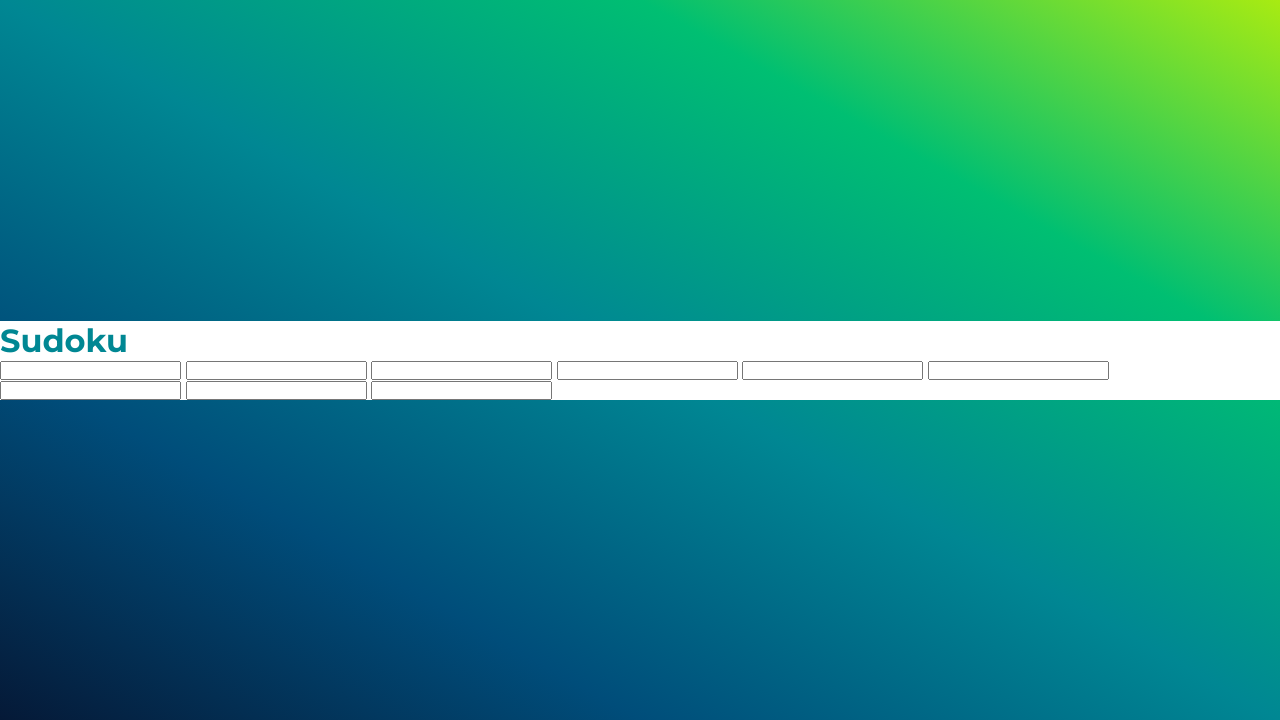
Repository: pattypetrikova/sudoku
Page: index.html
These files come from the project's save history. The page is drawn as it stood at one moment and after the next save; the edit follows.
The browser window is 1280 px wide. The pictures show the whole page.

Above is the page before, as saved 2022-12-30 10:17:37.

### index.html
<!DOCTYPE html>
<html lang="en">
<head>
    <meta charset="UTF-8">
    <meta http-equiv="X-UA-Compatible" content="IE=edge">
    <meta name="viewport" content="width=device-width, initial-scale=1.0">
    <link rel="stylesheet" href="./assets/style.css">
    <link rel="preconnect" href="https://fonts.googleapis.com">
    <link rel="preconnect" href="https://fonts.gstatic.com" crossorigin>
    <link href="https://fonts.googleapis.com/css2?family=Montserrat:ital,wght@0,700;1,400&display=swap" rel="stylesheet">
    <title>Sudoku</title>
</head>
<body>
    <main class="background">
        <div class="game">
            <div class="head">
                <h1 class="title">Sudoku</h1>
                <div class="buttons"></div>
            </div>
            <div>
                <form class="gameboard" action="">
                    <input class="number" type="text">
                    <input class="number" type="text">
                    <input class="number" type="text">
                    <input class="number" type="text">
                    <input class="number" type="text">
                    <input class="number" type="text">
                    <input class="number" type="text">
                    <input class="number" type="text">
                    <input class="number" type="text">
                </form>
            </div>
            <div class="footer">
                <div class="footer-buttons">

                </div>
            </div>
        </div>
    </main>
</body>
</html>

### assets/style.css
/* simple reset */
* {
    margin: 0;
    padding: 0;
    box-sizing: border-box;
}

/* general styles */
.game {
    font-family: 'Montserrat', sans-serif;
    color: white;
}

/* project styles */

.background {
    background-image: linear-gradient(to right top, #051937, #004d7a, #008793, #00bf72, #a8eb12);
    height: 100vh;
    display: flex;
    align-items: center;
    justify-content: center
}


.game {
    background-color: white;
}

.title {
    color: #008793;
}

After the next save:
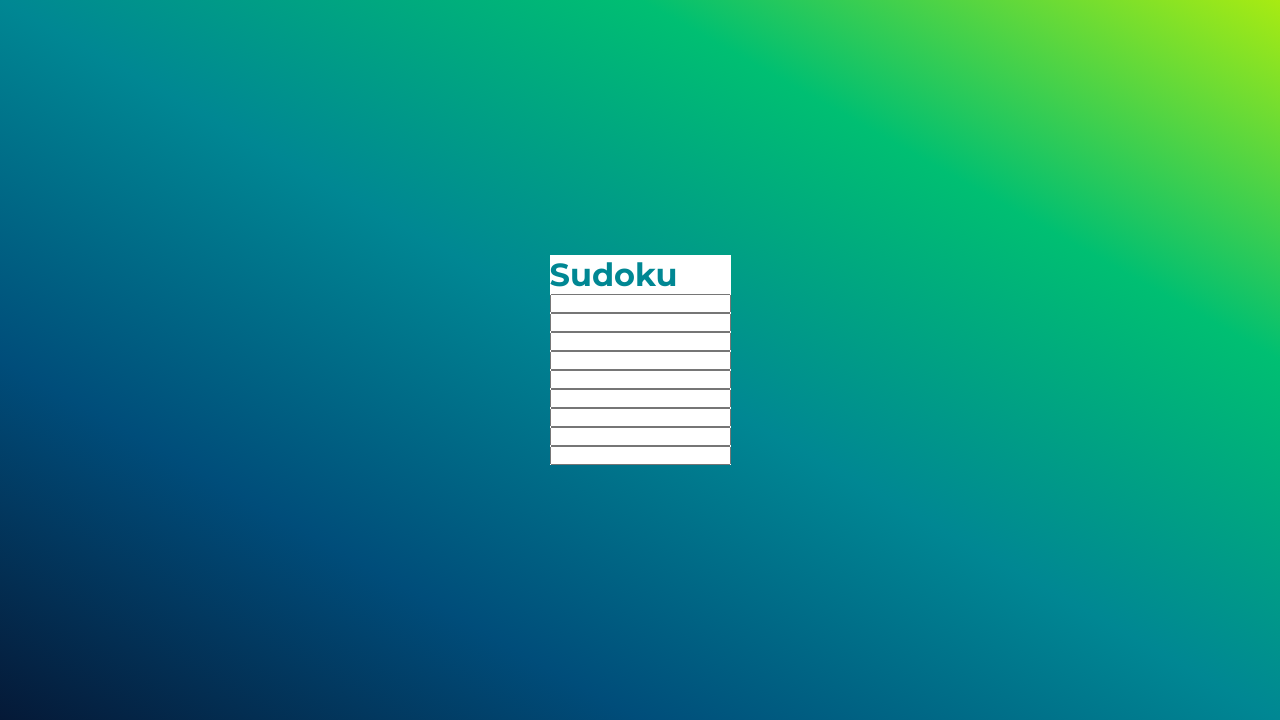
Saved 16 s later.
--- a/assets/style.css
+++ b/assets/style.css
@@ -29,3 +29,7 @@
 .title {
     color: #008793;
 }
+
+.gameboard {
+    display: grid;
+}
